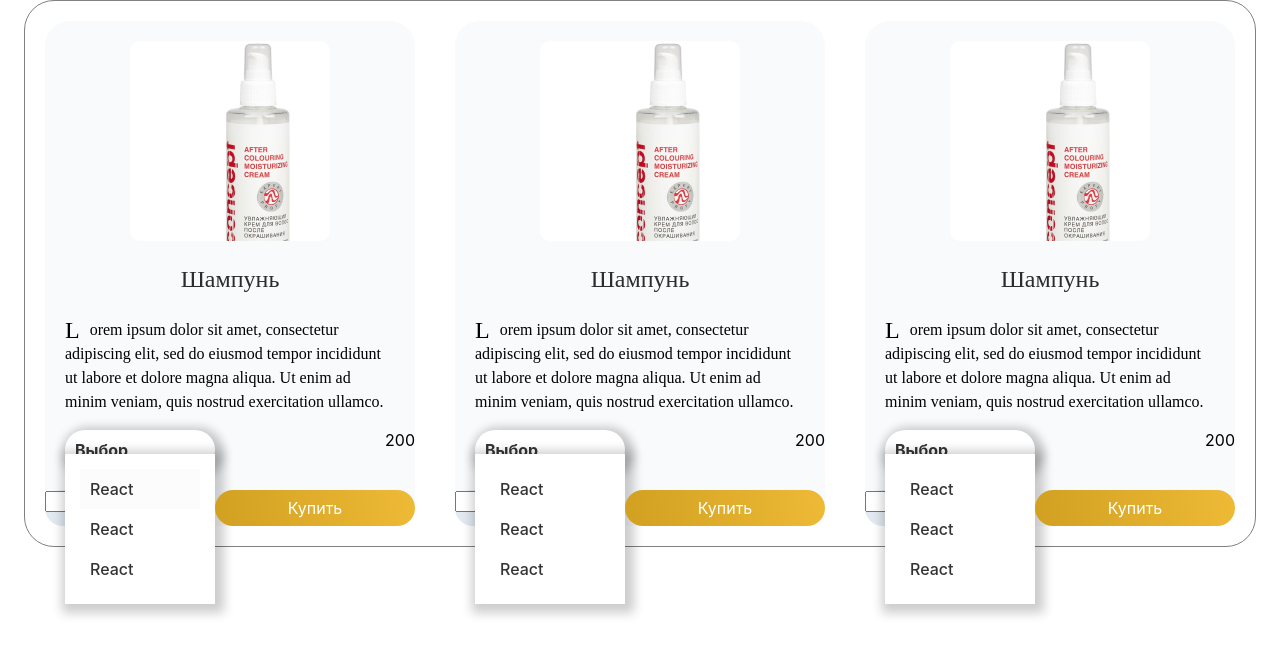
Repository: MiroslavWise/shamptu
Page: /
These files come from the project's save history. The page is drawn as it stood at one moment and after the next save; the edit follows.
The browser window is 1280 px wide. The pictures show the whole page.
The pointer rests on the first visible `.dropdown-item`.
The project was rebuilt for these pictures with package versions that can differ from the ones it lists, and the page was loaded fresh each time. Also part of the build but not shown: src/App.css.

Above is the page before, as saved 2022-02-17 14:43:24.

### public/index.html
<!DOCTYPE html>
<html lang="en">
  <head>
    <meta charset="utf-8" />
    <meta name="viewport" content="width=device-width, initial-scale=1" />
    <meta name="theme-color" content="#000000" />
    <meta
      name="description"
      content="Web site created using create-react-app"
    />
    <link rel="manifest" href="%PUBLIC_URL%/manifest.json" />

    <title>React App</title>
  </head>
  <body>
    <noscript>You need to enable JavaScript to run this app.</noscript>
    <div id="root"></div>
  </body>
</html>

### src/index.css
body {
  margin: 0;
  font-family: -apple-system, BlinkMacSystemFont, 'Segoe UI', 'Roboto', 'Oxygen',
    'Ubuntu', 'Cantarell', 'Fira Sans', 'Droid Sans', 'Helvetica Neue',
    sans-serif;
  -webkit-font-smoothing: antialiased;
  -moz-osx-font-smoothing: grayscale;
  display: flex;
  align-items: center;
  justify-content: center;
}

code {
  font-family: source-code-pro, Menlo, Monaco, Consolas, 'Courier New',
    monospace;
}

### src/App.js

import 'App.css';
import Items from 'components/Items';

function App() {
  return (
   <Items />
  );
}

export default App;

### src/components/Items.jsx
import jpg from 'picture/1.jpg'

import './style.css'
import SpamItem from './items/SpamItem'
const Items = () => {
    return (
        <div className="big__container">
            <SpamItem image={jpg}/>
            <SpamItem image={jpg}/>
            <SpamItem image={jpg}/>
        </div>
    )
}

export default Items

### src/components/style.css
.big__container {
    display: grid;
    grid-template-columns: repeat(3, 1fr);
    background: #FFFFFF;
    border-radius: 30px;
    border: 1px gray solid;
}

### src/components/items/SpamItem.jsx

import { useState } from 'react'
import './style.css'
import DropDown from './DropDown'

const style = {
    background: 'linear-gradient(261.65deg, #EFBB37 -3.95%, #CF9E1F 109.44%)',

}

const ShamItem = ({image}) => {
    const [prise, setPrise] = useState(200)

    return (
        <div className="container">
            <div className='image-line'>
                <div className='image'>
                    <img src={image}/>
                </div>
            </div>
            <p className='text'>Шампунь</p>
            <p className='text_about'>Lorem ipsum dolor sit amet, consectetur adipiscing elit, sed do eiusmod tempor incididunt ut labore et dolore magna aliqua. Ut enim ad minim veniam, quis nostrud exercitation ullamco.</p>
            <div className='block-info'>
                <div className='col-pri'>
                    <DropDown />
                    <div className='prise'>{prise}</div>
                </div>
                <div className='volume'></div>

                <div className='footer'>
                    <div className='quantity'><input type={'number'} min={1}></input></div>
                    <div className='button'><button onClick={()=>alert('Спасибо за покупку!')}>Купить</button></div>
                </div>
            </div>
        </div>

    )
}

export default ShamItem

### src/components/items/style.css
.container{
    width: 370px;
    margin: 20px;
    background: #F8FAFC;
    border-radius: 25px;
}

.image-line {
    width: 200px;
    height: 200px;
    background-color: rgba(255, 255, 255, 0.775);
    margin: 20px auto;
    border-radius: 10px;
    overflow: hidden;
}

.image {
    height: auto;
    width: auto;
    position: relative;
    transition: all .4s ease-in-out;
    object-fit: cover;
}

.image:hover {
    cursor: pointer;
    transform: scale(1.4)
}

.text{
    font-family: 'SF UI Display';
    font-size: 24px;
    font-style: normal;
    font-weight: 500;
    line-height: 29px;
    letter-spacing: 0em;
    text-align: center;
    color: #2C2C2C;
}

.text_about {
    font-family: 'SF UI Display';
    font-size: 16px;
    font-style: normal;
    font-weight: 400;
    line-height: 24px;
    letter-spacing: 0em;
    text-align: left;
    padding: 0 20px 0 20px;
}
.text_about::first-letter{
    font-size: 1.5rem;
    float: left;
    margin-right: 10px;
}

.block-info{
    display: flex;
    flex-direction: column;
}

.col-pri{
    display: flex;
}

input {
    width: 25px;

}

.quantity{
    background: #E2E9F0;
    border-radius: 30px;
    width: 90px;
}

.footer{
    display: flex;
    flex-direction: row;
    justify-content: space-between;
}

.col-pri{
    display: flex;
    flex-direction: row;
    justify-content: space-between;
}
.col-pri:first-child{
    margin-left: 20px;
}
.col-pri:last-child{
    margin-right: 50px;
}

input::-webkit-outer-spin-button,
input::-webkit-inner-spin-button {
    -webkit-appearance: none;
}

button {
    z-index: 1;
    position: relative;
    font-size: inherit;
    font-family: inherit;
    color: white;
    padding: 0.5em 1em;
    outline: none;
    border: none;
    background: linear-gradient(261.65deg, #EFBB37 -3.95%, #CF9E1F 109.44%);
    overflow: hidden;
    transition: color 0.4s ease-in-out;
    width: 200px;
    border-radius: 100px;
  }

  button::before {
    content: '';
    z-index: -1;
    position: absolute;
    top: 50%;
    left: 50%;
    width: 1em;
    height: 1em;
    border-radius: 50%;
    background-color: #ffe23c;
    transform-origin: center;
    transform: translate3d(-50%, -50%, 0) scale3d(0, 0, 0);
    transition: transform 0.45s ease-in-out;
  }

  button:hover {
    cursor: pointer;
    color: #161616;
  }

  button:hover::before {
    transform: translate3d(-50%, -50%, 0) scale3d(15, 15, 15);
  }

.dropdown{
    width: 150px;
    margin: 0 0;
    position: relative;
    cursor: pointer;

}

.dropdown-btn{
    padding: 10px;
    background: #fff;
    box-shadow: 3px 3px 10px 6px rgba(0, 0, 0, 0.2);
    border-radius: 50px;
    font-weight: bold;
    color: #333;
    display: flex;
    align-items: center;
    justify-content: space-between;
    margin-bottom: 20px;
    cursor: pointer;
}

.dropdown-content{
    position: absolute;
    top: 40%;
    width: 80%;
    padding: 15px;
    background-color: #fff;
    box-shadow: 3px 3px 10px 6px rgba(0, 0, 0, 0.2);
    font-weight: 500;
    color: #333;
    left: 0;
    cursor: pointer;
}

.dropdown-item{
    padding: 10px;

}
.dropdown-item:hover{
    background-color: #fcfcfc;
}

### src/components/items/DropDown.jsx
import './style.css'

const DropDown = () => {
    return (
        <div className="dropdown">
            <div className="dropdown-btn">Выбор</div>
            <din className='dropdown-content'>
                <div className="dropdown-item">
                    React
                </div>
                <div className="dropdown-item">
                    React
                </div>
                <div className="dropdown-item">
                    React
                </div>
            </din>
        </div>
    )
}

export default DropDown

Loaded but not shown: src/index.js (common file); src/reportWebVitals.js (common file); public/manifest.json (common file)

After the next save:
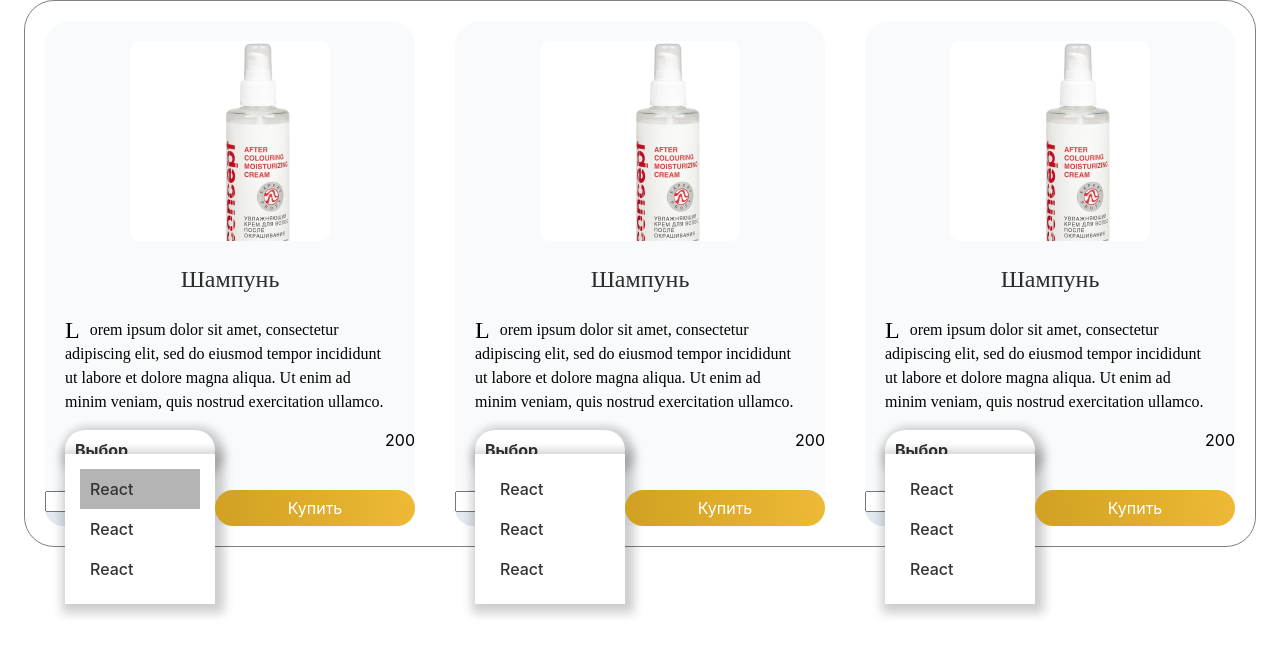
Saved 19 s later.
--- a/src/components/items/style.css
+++ b/src/components/items/style.css
@@ -177,5 +177,5 @@
 
 }
 .dropdown-item:hover{
-    background-color: #fcfcfc;
+    background-color: #919191ad;
 }
